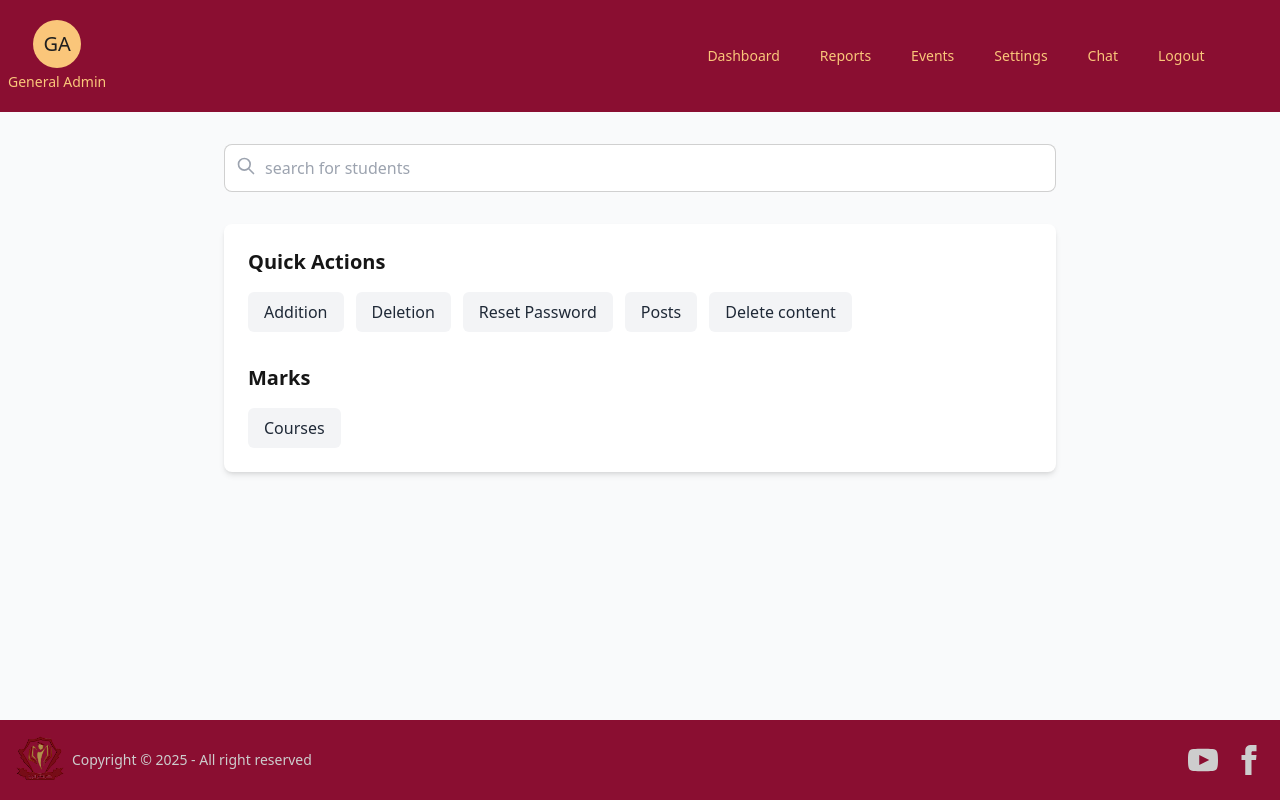
Repository: KaramYacoub/ILM-Verse
Page: /general-dashboard (app in Frontend/)
An editor plug-in stored every save of this project. The page is shown before and after the next save, followed by the edit.
The browser window is 1280 px wide. The pictures show the whole page.
The project was rebuilt for these pictures with package versions that can differ from the ones it lists, and the page was loaded fresh each time. Also part of the build but not shown: Frontend/vite.config.js, Frontend/src/components/shared/Carousel.jsx, Frontend/src/components/shared/HomeNav.jsx, Frontend/src/pages/shared/Home.jsx, Frontend/src/pages/shared/StudentLogin.jsx, Frontend/src/pages/shared/StaffLogin.jsx, Frontend/src/pages/shared/AboutUs.jsx, Frontend/src/components/student/StudentNavbar.jsx and 17 more.

Above is the page before, as saved 2025-04-13 10:50:58.

After the next save:
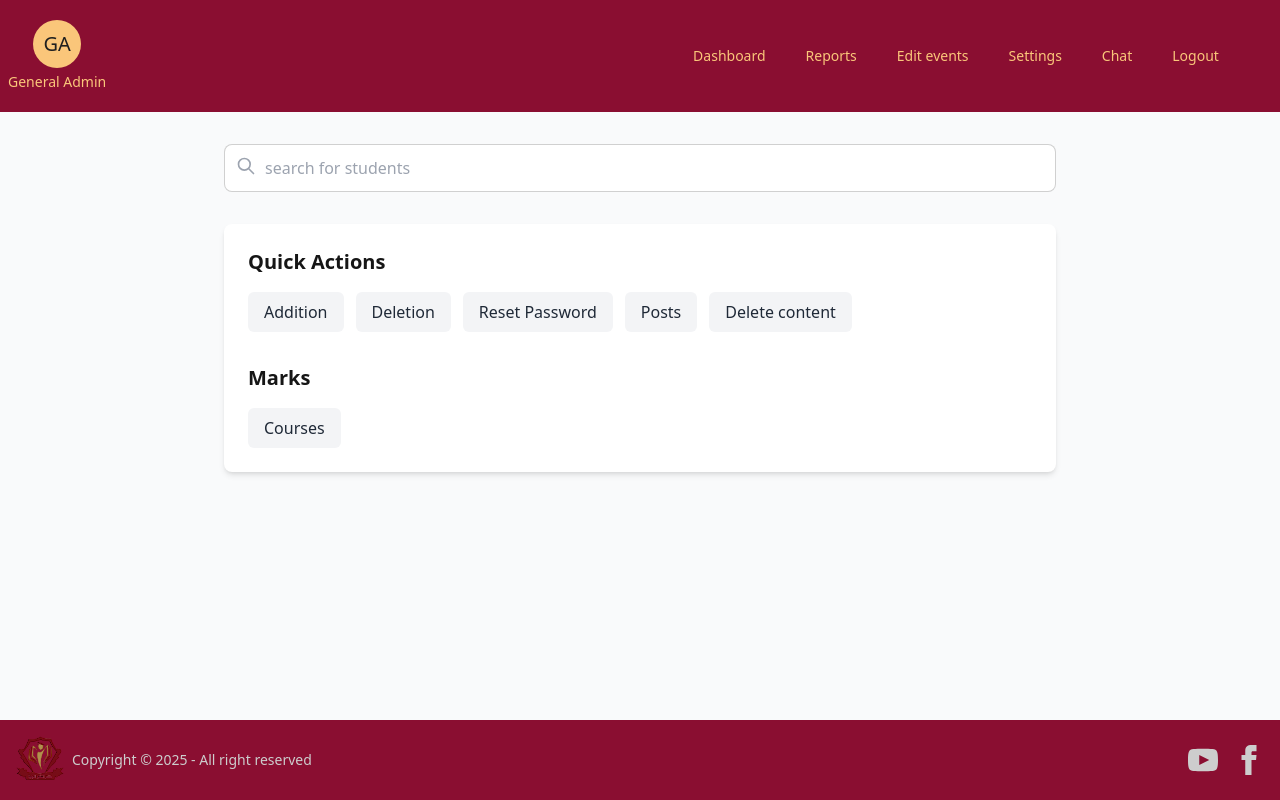
Saved 50 s later.
--- a/Frontend/src/components/general/GeneralNav.jsx
+++ b/Frontend/src/components/general/GeneralNav.jsx
@@ -26,7 +26,7 @@ function GeneralNav() {
             <Link to="/reports">Reports</Link>
           </li>
           <li>
-            <Link to="/events">Events</Link>
+            <Link to="/general-event">Edit events</Link>
           </li>
           <li>
             <Link to="/settings">Settings</Link>
